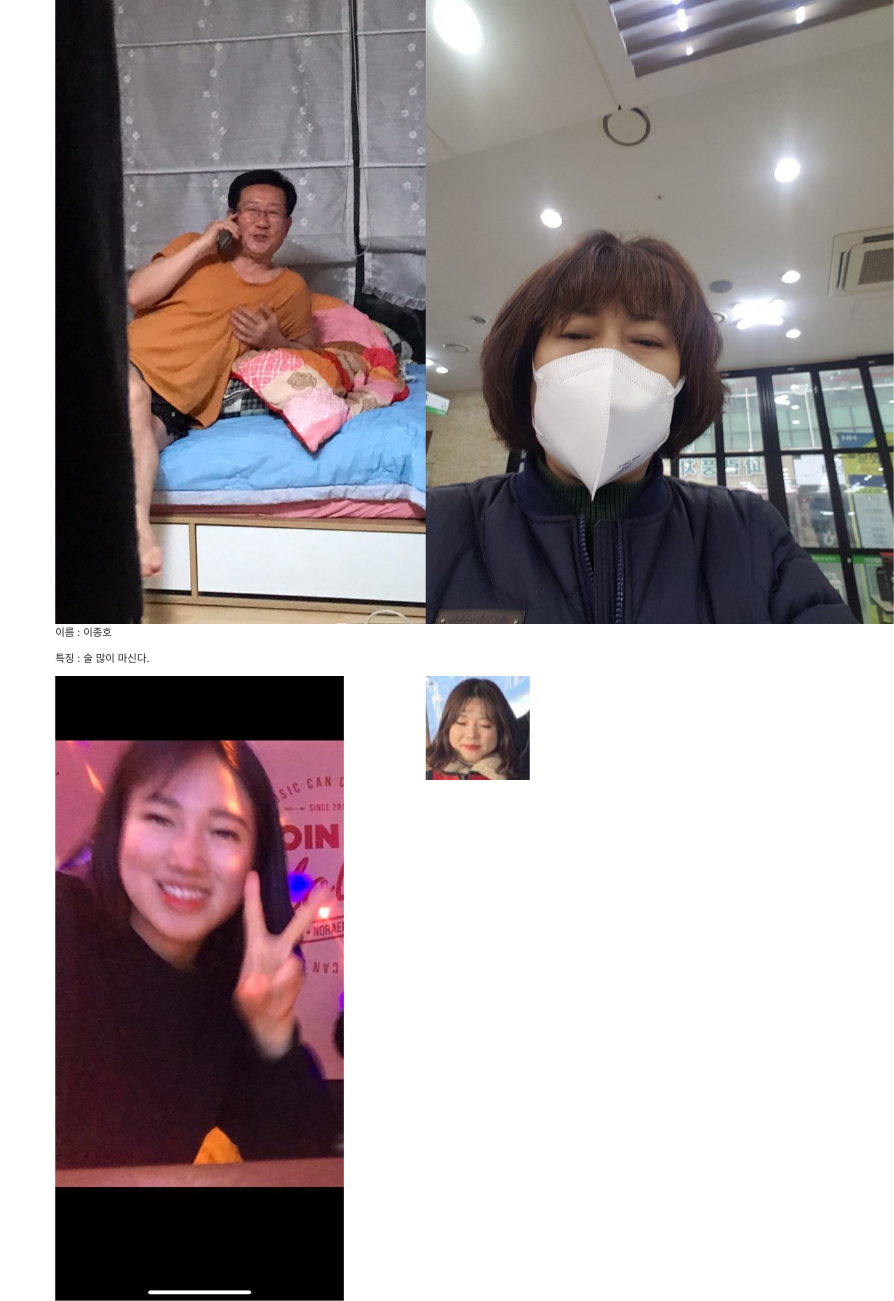
Repository: seungminlll3420/ruby_on_rails
Page: wep.html
The author's editor kept a record of every edit. The page is drawn from the files as they stood at one moment, then again after the next edit.
The browser window is 1280 px wide. The page is 1375 px wide, so the pictures cover 1375 px, including what lies to the right of the window. The pictures show the whole page, at 65% of full size.

Above is the page before.

### wep.html

</html>
<!doctype html>
<html lang="en">
  <head>
    <!-- Required meta tags -->
    <meta charset="utf-8">
    <meta name="viewport" content="width=device-width, initial-scale=1, shrink-to-fit=no">

    <!-- Bootstrap CSS -->
    <link rel="stylesheet" href="https://stackpath.bootstrapcdn.com/bootstrap/4.4.1/css/bootstrap.min.css" integrity="sha384-Vkoo8x4CGsO3+Hhxv8T/Q5PaXtkKtu6ug5TOeNV6gBiFeWPGFN9MuhOf23Q9Ifjh" crossorigin="anonymous">

    <title>Hello, world!</title>
  </head>
  <body>
      <div class="container">
        <div class="row">
            <div class="col-6" style="">
                <img src="./img/이종호.jpg"></img>
                <p>이름 : 이종호 </p>
                <p>특징 : 술 많이 마신다.</p>
            </div>
            <div class="col-6" style="">
                <img src="./img/길숙희.jpg"></img>
            </div>

        </div>
        <div class="row">
            <div class="col-6" style="">
                <img src="./img/이지영.jpg"></img>
            </div>
            <div class="col-6" style="">
                <img src="./img/이소연.jpg"></img>
            </div>
        </div>
    </div>
    <!-- Optional JavaScript -->
    <!-- jQuery first, then Popper.js, then Bootstrap JS -->
    <script src="https://code.jquery.com/jquery-3.4.1.slim.min.js" integrity="sha384-J6qa4849blE2+poT4WnyKhv5vZF5SrPo0iEjwBvKU7imGFAV0wwj1yYfoRSJoZ+n" crossorigin="anonymous"></script>
    <script src="https://cdn.jsdelivr.net/npm/popper.js@1.16.0/dist/umd/popper.min.js" integrity="sha384-Q6E9RHvbIyZFJoft+2mJbHaEWldlvI9IOYy5n3zV9zzTtmI3UksdQRVvoxMfooAo" crossorigin="anonymous"></script>
    <script src="https://stackpath.bootstrapcdn.com/bootstrap/4.4.1/js/bootstrap.min.js" integrity="sha384-wfSDF2E50Y2D1uUdj0O3uMBJnjuUD4Ih7YwaYd1iqfktj0Uod8GCExl3Og8ifwB6" crossorigin="anonymous"></script>
  </body>
</html>

After the next edit:
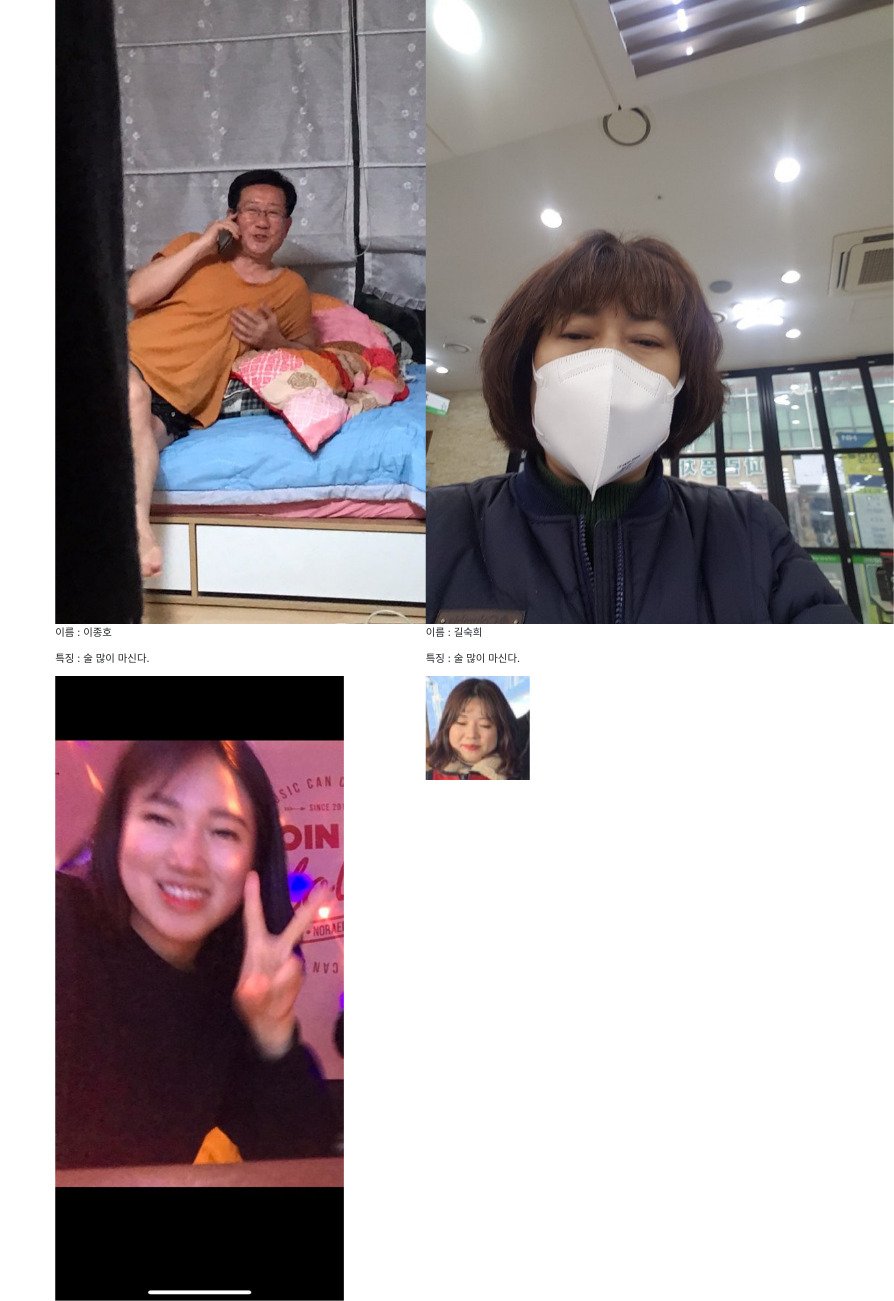
The edit:
--- a/wep.html
+++ b/wep.html
@@ -22,6 +22,8 @@
             </div>
             <div class="col-6" style="">
                 <img src="./img/길숙희.jpg"></img>
+                <p>이름 : 길숙희 </p>
+                <p>특징 : 술 많이 마신다.</p>
             </div>
 
         </div>
